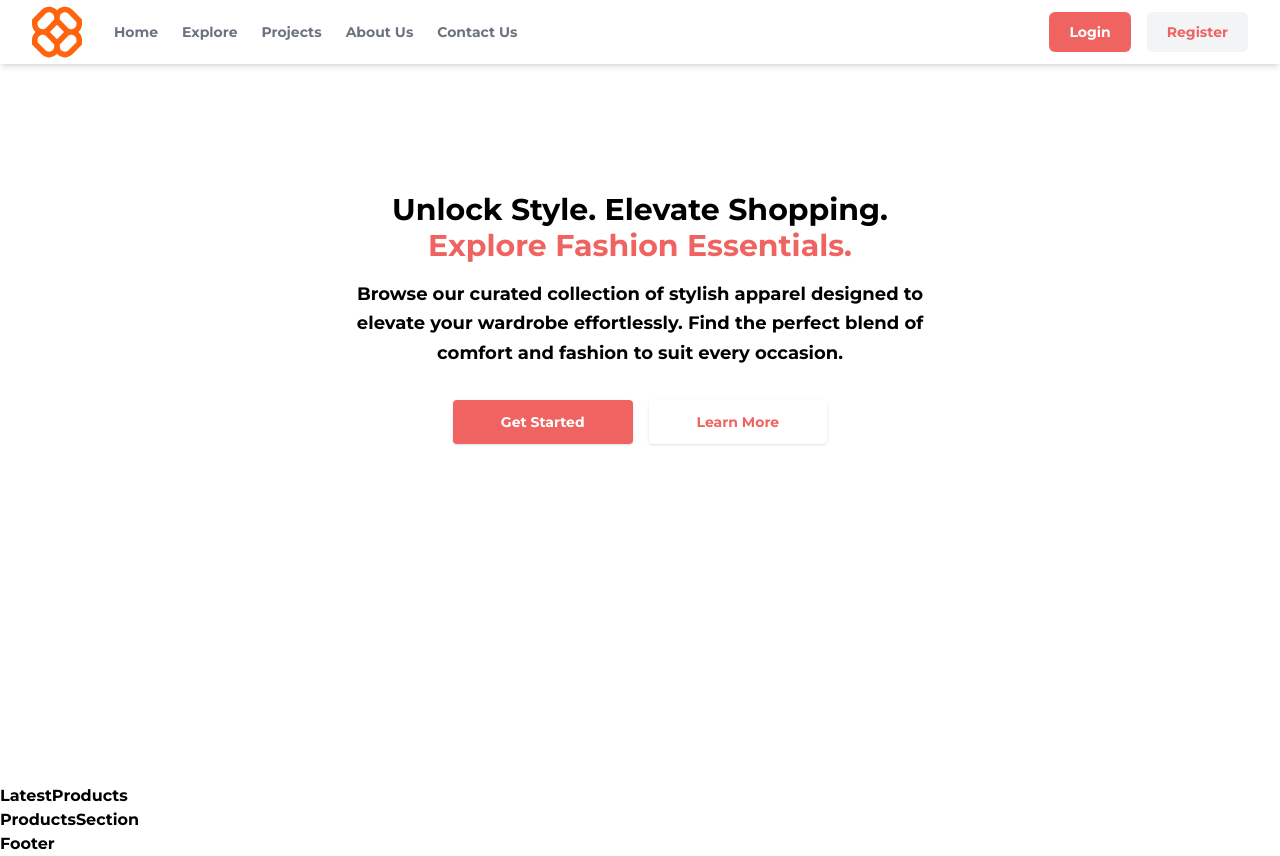
Repository: YahiaSala7/E-commerce-Project
Page: / (app in ecommerce/)
These files come from the project's save history. The page is drawn as it stood at one moment and after the next save; the edit follows.
The browser window is 1280 px wide. The pictures show the whole page.
The page's requests for data from a server got no answer. The project was rebuilt for these pictures with package versions that can differ from the ones it lists, and the page was loaded fresh each time. The framework's server and built-in components were replaced by stand-ins that run in the browser. No one was signed in, and anything a server would have sent is missing. Also part of the build but not shown: ecommerce/next.config.mjs.

Above is the page before, as saved 2024-07-25 20:51:56.

### ecommerce/app/layout.js
import { Montserrat } from "next/font/google";
import "./globals.css";
import Header from "./_Components/Header";
import Footer from "./_Components/Footer";

const inter = Montserrat({ subsets: ["latin"], weight: "700" });

export const metadata = {
  title: "Create Next App",
  description: "Generated by create next app",
};

export default function RootLayout({ children }) {
  return (
    <html lang="en">
      <body className={inter.className}>
        <Header />
        {children}
        <Footer />
      </body>
    </html>
  );
}

### ecommerce/app/page.js
import Image from "next/image";
import Hero from "./_Components/Hero";
import ProductsSection from "./_Components/ProductsSection";

export default function Home() {
  return (
    <div className="home">
      <Hero />
      <ProductsSection />
    </div>
  );
}

### ecommerce/app/globals.css
@tailwind base;
@tailwind components;
@tailwind utilities;

:root {
  /* --foreground-rgb: 0, 0, 0; */
  /* --background-start-rgb: 214, 219, 220;
  --background-end-rgb: 255, 255, 255; */
}

@media (prefers-color-scheme: dark) {
  :root {
    /* --foreground-rgb: 0, 0, 0; */
    /* --background-start-rgb: 0, 0, 0;
    --background-end-rgb: 0, 0, 0; */
  }
}

body {
  color: rgb(var(--foreground-rgb));
  background: linear-gradient(
      to bottom,
      transparent,
      rgb(var(--background-end-rgb))
    )
    rgb(var(--background-start-rgb));
}

@layer utilities {
  .text-balance {
    text-wrap: balance;
  }
}

### ecommerce/app/_Components/Header.jsx
import React from "react";

function Header() {
  return (
    <header className="bg-white shadow-md">
      <div className="mx-auto flex h-16 max-w-screen-xl items-center gap-8 px-4 sm:px-6 lg:px-8 ">
        <img src="/logo.svg" width={"50px"} height={"50px"} />

        <div className="flex flex-1 items-center justify-end md:justify-between">
          <nav aria-label="Global" className="hidden md:block">
            <ul className="flex items-center gap-6 text-sm">
              <li>
                <a
                  className="text-gray-500 transition hover:text-gray-500/75"
                  href="#">
                  {" "}
                  Home{" "}
                </a>
              </li>

              <li>
                <a
                  className="text-gray-500 transition hover:text-gray-500/75"
                  href="#">
                  {" "}
                  Explore{" "}
                </a>
              </li>

              <li>
                <a
                  className="text-gray-500 transition hover:text-gray-500/75"
                  href="#">
                  {" "}
                  Projects{" "}
                </a>
              </li>

              <li>
                <a
                  className="text-gray-500 transition hover:text-gray-500/75"
                  href="#">
                  {" "}
                  About Us{" "}
                </a>
              </li>

              <li>
                <a
                  className="text-gray-500 transition hover:text-gray-500/75"
                  href="#">
                  {" "}
                  Contact Us{" "}
                </a>
              </li>
            </ul>
          </nav>

          <div className="flex items-center gap-4">
            <div className="sm:flex sm:gap-4">
              <a
                className="block rounded-md bg-primary px-5 py-2.5 text-sm font-medium text-white transition hover:bg-secondary "
                href="#">
                Login
              </a>

              <a
                className="hidden rounded-md bg-gray-100 px-5 py-2.5 text-sm font-medium text-primary transition hover:text-secondary sm:block"
                href="#">
                Register
              </a>
            </div>

            <button className="block rounded bg-gray-100 p-2.5 text-gray-600 transition hover:text-gray-600/75 md:hidden">
              <span className="sr-only">Toggle menu</span>
              <svg
                xmlns="http://www.w3.org/2000/svg"
                className="h-5 w-5"
                fill="none"
                viewBox="0 0 24 24"
                stroke="currentColor"
                strokeWidth="2">
                <path
                  strokeLinecap="round"
                  strokeLinejoin="round"
                  d="M4 6h16M4 12h16M4 18h16"
                />
              </svg>
            </button>
          </div>
        </div>
      </div>
    </header>
  );
}

export default Header;

### ecommerce/app/_Components/Hero.jsx
import React from "react";

function Hero() {
  return (
    <section className="">
      <div className="mx-auto max-w-screen-xl px-4 py-32 lg:flex lg:h-screen">
        <div className="mx-auto max-w-xl text-center">
          <h1 className="text-2xl font-extrabold sm:text-3xl ">
            Unlock Style. Elevate Shopping.
            <strong className="font-extrabold text-primary sm:block">
              {" "}
              Explore Fashion Essentials.{" "}
            </strong>
          </h1>

          <p className="mt-4 sm:text-[18px]/relaxed">
            Browse our curated collection of stylish apparel designed to elevate
            your wardrobe effortlessly. Find the perfect blend of comfort and
            fashion to suit every occasion.
          </p>

          <div className="mt-8 flex flex-wrap justify-center gap-4">
            <a
              className="block w-full rounded bg-primary px-12 py-3 text-sm font-medium text-white shadow hover:bg-secondary focus:outline-none focus:ring active:bg-red-500 sm:w-auto"
              href="#">
              Get Started
            </a>

            <a
              className="block w-full rounded px-12 py-3 text-sm font-medium text-primary shadow hover:text-secondary focus:outline-none focus:ring active:text-red-500 sm:w-auto"
              href="#">
              Learn More
            </a>
          </div>
        </div>
      </div>
    </section>
  );
}

export default Hero;

### ecommerce/app/_Components/ProductsSection.jsx
import React from "react";
import LatestProducts from "./LatestProducts";

function ProductsSection() {
  return (
    <>
      <LatestProducts />
      <div>ProductsSection</div>
    </>
  );
}

export default ProductsSection;

### ecommerce/app/_Components/LatestProducts.jsx
"use client";
import React, { useEffect } from "react";
import ProdcutApis from "../_utils/ProdcutApis";

function LatestProducts() {
  useEffect(() => {
    getLatestProducts_();
  }, []);
  const getLatestProducts_ = () => {
    ProdcutApis.getLatestProducts().then((res) => {
      console.log(res.data.data);
    });
  };
  return <div>LatestProducts</div>;
}

export default LatestProducts;

### ecommerce/app/_utils/ProdcutApis.js
const { default: dataFetching } = require("./dataFetching");

const getLatestProducts = () => dataFetching.get("/products?=populate=*");

export default {
  getLatestProducts,
};

### ecommerce/app/_utils/dataFetching.js
const { default: axios } = require("axios");

const apiKey = process.env.NEXT_PUBLIC_REST_API_KEY;
const baseUrl = "http://localhost:1337/api";

const dataFetching = axios.create({
  baseURL: baseUrl,
  headers: {
    Authorization: `Bearer ${apiKey}`,
  },
});

export default dataFetching;

### ecommerce/tailwind.config.js
/** @type {import('tailwindcss').Config} */
module.exports = {
  content: [
    "./pages/**/*.{js,ts,jsx,tsx,mdx}",
    "./components/**/*.{js,ts,jsx,tsx,mdx}",
    "./app/**/*.{js,ts,jsx,tsx,mdx}",
  ],
  theme: {
    extend: {
      backgroundImage: {
        "gradient-radial": "radial-gradient(var(--tw-gradient-stops))",
        "gradient-conic":
          "conic-gradient(from 180deg at 50% 50%, var(--tw-gradient-stops))",
      },
      colors: {
        primary: "#EF6461",
        secondary: " #B83D3A",
      },
    },
  },
  plugins: [],
};

Loaded but not shown: ecommerce/app/_Components/Footer.jsx (common file); ecommerce/app/_Components/ProductItem.jsx (no stored copy; drawn as an empty file)

After the next save:
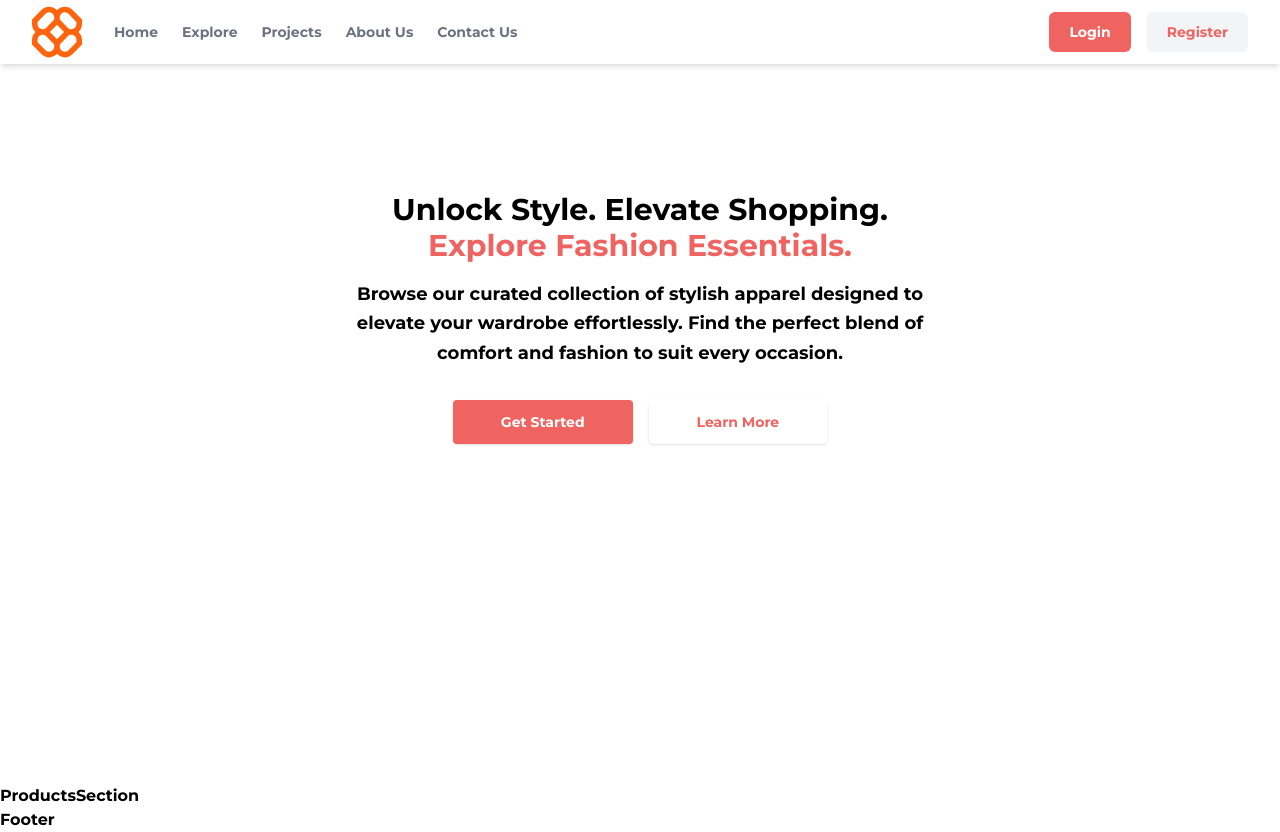
Saved 14 min 33 s later.
--- a/ecommerce/app/_Components/LatestProducts.jsx
+++ b/ecommerce/app/_Components/LatestProducts.jsx
@@ -1,17 +1,26 @@
 "use client";
-import React, { useEffect } from "react";
+import React, { useEffect, useState } from "react";
 import ProdcutApis from "../_utils/ProdcutApis";
+import ProductItem from "./ProductItem";
 
 function LatestProducts() {
+  const [latestProducts, setLatestProducts] = useState([]);
   useEffect(() => {
     getLatestProducts_();
   }, []);
   const getLatestProducts_ = () => {
     ProdcutApis.getLatestProducts().then((res) => {
       console.log(res.data.data);
+      setLatestProducts(res.data.data);
     });
   };
-  return <div>LatestProducts</div>;
+  return (
+    <div>
+      {latestProducts?.map((product) => {
+        <ProductItem key={product.id} product={product} />;
+      })}
+    </div>
+  );
 }
 
 export default LatestProducts;
